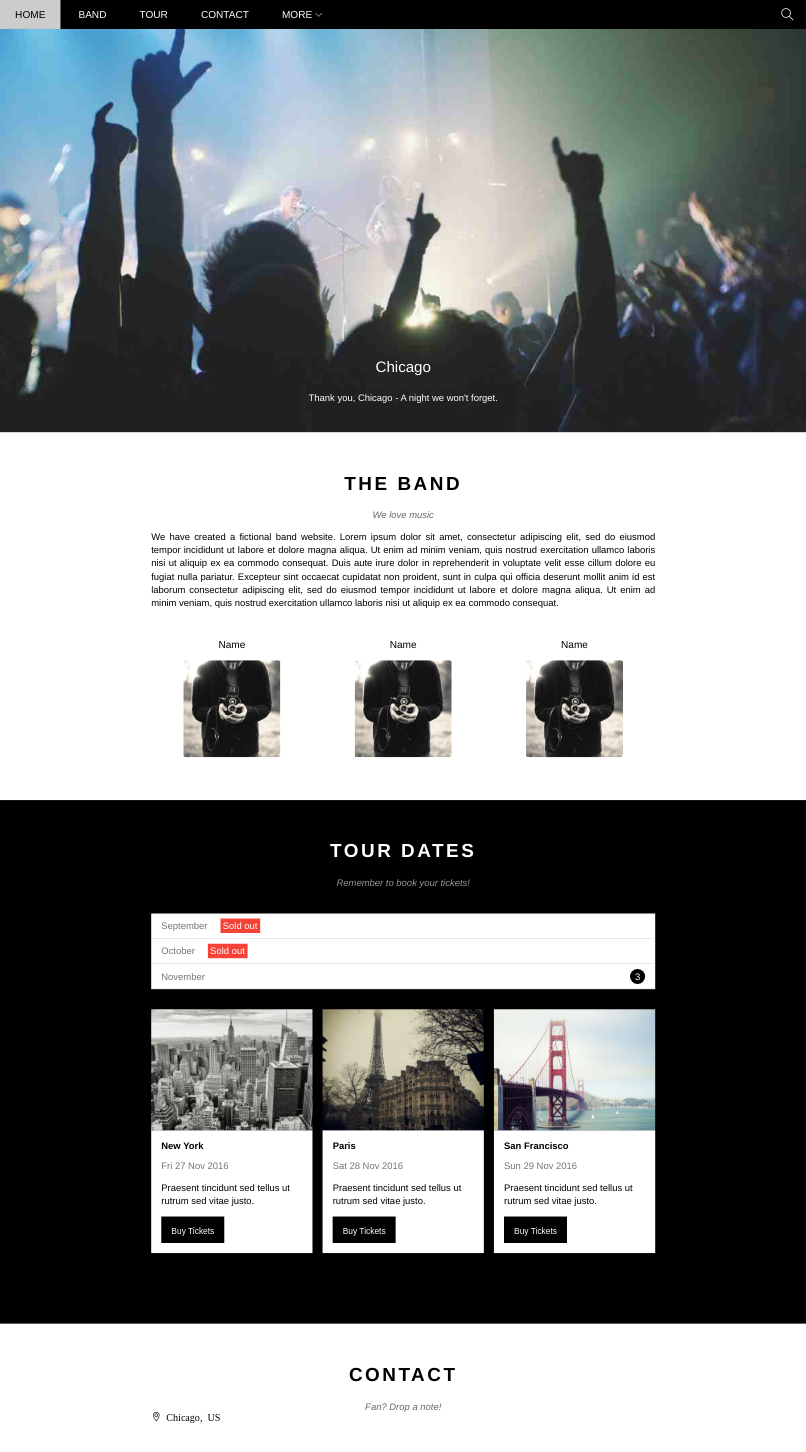
Repository: phongngotrong/w3school_reup
Page: index.html
These files come from the project's save history. The page is drawn as it stood at one moment and after the next save; the edit follows.
The browser window is 1280 px wide. The pictures show the whole page, at 63% of full size.

Above is the page before, as saved 2021-12-22 22:09:01.

### index.html
<!DOCTYPE html>
<html lang="en">
  <head>
    <meta charset="UTF-8" />
    <meta http-equiv="X-UA-Compatible" content="IE=edge" />
    <meta name="viewport" content="width=device-width, initial-scale=1.0" />
    <title>W3.CSS Template</title>
    <link rel="stylesheet" href="./assets/css/style.css" />
    <link rel="stylesheet" href="./assets/fonts/themify-icons/themify-icons.css">
  </head>
  <body>
    <div id="main">
      <div id="header">
        <!--Begin: Nav-->
        <ul id="nav">
          <li><a href="">Home</a></li>
          <li><a href="">Band</a></li>
          <li><a href="">Tour</a></li>
          <li><a href="">Contact</a></li>
          <li>
            <a href="">
              More
              <i class="nav-arrow-down ti-angle-down"></i>
            </a>
            <ul class="subnav">
              <ul>
                <li><a href="">Merchandise</a></li>
                <li><a href="">Extras</a></li>
                <li><a href="">Media</a></li>
              </ul>
            </ul>
          </li>
        </ul>
        <!--End: Nav-->

        <!--Begin: Search-->
        <div class="search-btn">
          <i class="search-icon ti-search"></i>
        </div>
        <!--End: Search-->
      </div>

      <div id="slider">
        <div class="text-content">
          <h2 class="text-heading">Chicago</h2>
          <div class="text-description">
            Thank you, Chicago - A night we won't forget.
          </div>
        </div>
      </div>

      <div id="content">
        <!--content section-->
        <div class="content-section">
          <h2 class="section-heading">THE BAND</h2>
          <p class="section-sub-heading">We love music</p>
          <p class="about-text">
            We have created a fictional band website. Lorem ipsum dolor sit
            amet, consectetur adipiscing elit, sed do eiusmod tempor incididunt
            ut labore et dolore magna aliqua. Ut enim ad minim veniam, quis
            nostrud exercitation ullamco laboris nisi ut aliquip ex ea commodo
            consequat. Duis aute irure dolor in reprehenderit in voluptate velit
            esse cillum dolore eu fugiat nulla pariatur. Excepteur sint occaecat
            cupidatat non proident, sunt in culpa qui officia deserunt mollit
            anim id est laborum consectetur adipiscing elit, sed do eiusmod
            tempor incididunt ut labore et dolore magna aliqua. Ut enim ad minim
            veniam, quis nostrud exercitation ullamco laboris nisi ut aliquip ex
            ea commodo consequat.
          </p>
          <div class="row list-member">
            <!--member1-->
            <div class="col col-third text-center">
              <p class="member-name">Name</p>
              <img
                src="./assets/img/member.jpg"
                alt="Name"
                class="avt-member"
              />
            </div>

            <!--member2-->
            <div class="col col-third text-center">
              <div class="member-name">Name</div>
              <img
                src="./assets/img/member.jpg"
                alt="Name"
                class="avt-member"
              />
            </div>
            <!--member3-->

            <div class="col col-third text-center">
              <div class="member-name">Name</div>
              <img
                src="./assets/img/member.jpg"
                alt="Name"
                class="avt-member"
              />
            </div>
            <div class="clear"></div>
          </div>
        </div>
        <!--tour section-->
        <div class="tour-section">
          <div class="content-section">
            <h2 class="section-heading text-white">TOUR DATES</h2>
            <p class="section-sub-heading text-white">
              Remember to book your tickets!
            </p>
            <!-- tickets -->
            <ul class="tickets-list">
              <li>September <span class="sold-out">Sold out</span></li>
              <li>October <span class="sold-out">Sold out</span></li>
              <li>November <span class="quantity">3</span></li>
            </ul>
            <div class="row places-list">
              <!-- place1 -->
              <div class="col col-third">
                <img
                  src="./assets/img/newyork.jpg"
                  alt="New York"
                  class="place-img"
                />
                <div class="places-body">
                  <h3 class="places-heading">New York</h3>
                  <p class="places-time">Fri 27 Nov 2016</p>
                  <p class="place-description">
                    Praesent tincidunt sed tellus ut rutrum sed vitae justo.
                  </p>
                  <button class="place-buy-btn js-buy-ticket">Buy Tickets</button>
                </div>
              </div>
              <!-- place2 -->

              <div class="col col-third">
                <img
                  src="./assets/img/paris.jpg"
                  alt="New York"
                  class="place-img"
                />
                <div class="places-body">
                  <h3 class="places-heading">Paris</h3>
                  <p class="places-time">Sat 28 Nov 2016</p>
                  <p class="place-description">
                    Praesent tincidunt sed tellus ut rutrum sed vitae justo.
                  </p>
                  <button class="place-buy-btn js-buy-ticket">Buy Tickets</button>
                </div>
              </div>
              <!-- place3 -->

              <div class="col col-third">
                <img
                  src="./assets/img/sanfran.jpg"
                  alt="New York"
                  class="place-img"
                />
                <div class="places-body">
                  <h3 class="places-heading">San Francisco</h3>
                  <p class="places-time">Sun 29 Nov 2016</p>
                  <p class="place-description">
                    Praesent tincidunt sed tellus ut rutrum sed vitae justo.
                  </p>
                  <button class="place-buy-btn js-buy-ticket">Buy Tickets</button>
                </div>
              </div>
              <div class="clear"></div>
            </div>
          </div>
        </div>

        <!--contact section-->
        <div class="content-section">
          <h2 class="section-heading">CONTACT</h2>
          <p class="section-sub-heading">Fan? Drop a note!</p>

          <div class="row">
            <div class="col col-half">
              <p><i class="ti-location-pin"> Chicago, US
              </i></p>
            </div>
            <div class="col col-half">

            </div>
          </div>
        </div>
      </div>

      <div id="footer"></div>
    </div>

    <div class="modal js-modal">
      <div class="modal-container js-modal-container">
        <div class="modal-close js-modal-close">
          <i class="ti-close"></i>
        </div>
        <header class="modal-header">
          <i class="icon-ti-bag-header ti-bag"></i>
          Tickets
        </header>

        <div class="modal-body">
          <label for="tickets-quantity" class="modal-label">
            <i class="ti-shopping-cart"></i>
            Tickets, $15 per person
          </label>
          <input
            id="tickets-quantity"
            type="text"
            class="modal-input"
            placeholder="How many?"
          />

          <label for="tickets-email" class="modal-label">
            <i class="ti-user"></i>
            Send To
          </label>
          <input
            id="tickets-email"
            type="email"
            class="modal-input"
            placeholder="Enter email "
          />

          <button id="buy-tickets">
            PAY<i class="icon-ti-check-footer ti-check"></i>
          </button>
        </div>

        <footer class="modal-footer">
          <p class="modal-help">Need <a href="">help?</a></p>
        </footer>
      </div>
    </div>

    <script>
      const buyBtns = document.querySelectorAll('.js-buy-ticket')
      const modal = document.querySelector('.js-modal')
      const modalContainer = document.querySelector('.js-modal-container')
      const modalClose = document.querySelector('.js-modal-close')

      // hàm hiển thị modal mua vé(thêm class open vào modal)
      function showBuyTickets() {
        modal.classList.add('open')
      }

      // hàm ẩn modal mua vé(gỡ bỏ class open của modal)
      function hideBuyTickets() {
        modal.classList.remove('open')
      }

      // lặp qua từng thẻ button và nghe hành vi click
      for(const buyBtn of buyBtns) {
        buyBtn.addEventListener('click', showBuyTickets)
      }

      // nghe hành vi click vào button close
      modalClose.addEventListener('click', hideBuyTickets)

      modal.addEventListener('click', hideBuyTickets)

      modalContainer.addEventListener('click', function(event){
        event.stopPropagation()
      })

    </script>
  </body>
</html>

### assets/css/style.css
/* Reset CSS */

* {
  padding: 0;
  margin: 0;
  box-sizing: border-box;
}

html {
  font-family: Helvetica, Arial, sans-serif;
}
/*
  -Từ trên xuống dưới
  -Từ ngoài vào trong
  -Tổng quan đến chi tiết
  */

/*
  1. Vi tri
  2. Kich thuoc
  3. Mau sac
  4. Kieu dang (kieu chu, hinh tron, vuong...)
  */

/* Common */
.text-center {
  text-align: center !important;
}

.row {
  margin-left: -8px;
  margin-right: -8px;
}

.col {
  float: left;
  padding-left: 8px;
  padding-right: 8px;
}

.col-half {
  width: 50%;
}

.col-third {
  width: 33.33333%;
}

.clear {
  clear: both;
}

/* .row::after {
    clear: both;
    display: block;
    content: "";
  } */

.text-white {
  color: #fff !important;
}

/* Main */
#main {
}

#header {
  position: fixed;
  top: 0;
  left: 0;
  right: 0;
  height: 46px;
  background-color: #000;
  z-index: 1;
}

#nav {
  display: inline-block;
}

li {
  list-style-type: none;
}

#nav > li {
  display: inline-block;
}

#nav li {
  position: relative;
}

#nav > li > a {
  color: #fff;
  text-transform: uppercase;
}

#nav li a {
  text-decoration: none;
  line-height: 46px;
  padding: 0 24px;
  display: block;
}

#nav li:hover .subnav {
  display: block;
}

#nav > li:hover > a,
#nav .subnav li:hover a {
  color: #000;
  background-color: #ccc;
}

#nav .subnav {
  display: none;
  min-width: 160px;
  position: absolute;
  background-color: #fff;
  box-shadow: 0 0 10px rgba(0, 0, 0, 0.3);
}

#nav .subnav a {
  color: #000;
  padding: 0 12px;
  line-height: 38px;
}

#nav .nav-arrow-down {
  font-size: 12px;
}

#header .search-btn {
  float: right;
  padding: 0 20px;
  cursor: pointer;
}

#header .search-btn:hover {
  background-color: #f44336;
}

#header .search-icon {
  color: #fff;
  font-size: 20px;
  line-height: 46px;
}

#slider {
  position: relative;
  margin-top: 46px;
  padding-top: 50%;
  background: url("/assets/img/slider.jpg") top center / cover no-repeat;
}

#slider .text-content {
  position: absolute;
  bottom: 47px;
  color: #fff;
  width: 100%;
  text-align: center;
}

#slider .text-heading {
  font-weight: 500;
  font-size: 24px;
}

#slider .text-description {
  font-size: 15px;
  margin-top: 25px;
}

#content {
}

#content .content-section {
  width: 800px;
  padding: 64px 0;
  margin-right: auto;
  margin-left: auto;
}

#content .section-heading {
  text-align: center;
  font-size: 30px;
  letter-spacing: 4px;
}

#content .section-sub-heading {
  font-size: 15px;
  text-align: center;
  margin-top: 25px;
  font-style: italic;
  opacity: 0.6;
}

#content .about-text {
  font-size: 15px;
  margin-top: 15px;
  text-align: justify;
  line-height: 1.4;
}

#content .member-name {
  font-size: 16px;
}

#content .list-member {
  margin-top: 48px;
  /* margin-bottom: 48px;
    overflow: hidden;  */
}

/* #content .item-member {
    float: left;
    width: 33.33333%;
    text-align: center;
  } */

#content .avt-member {
  margin-top: 15px;
  width: 154px;
  border-radius: 4px;
}

/* tour section */
.tour-section {
  background-color: #000;
}
.tickets-list {
  background-color: #fff;
  margin-top: 40px;
  list-style: none;
}

.tickets-list li {
  color: #757575;
  font-size: 15px;
  padding: 11px 16px;
  border-bottom: 1px solid #ddd;
}

.tickets-list .sold-out {
  background-color: #f44336;
  color: #fff;
  padding: 3px 4px;
  margin-left: 16px;
}

.tickets-list .quantity {
  float: right;
  width: 24px;
  height: 24px;
  background-color: #000;
  color: #fff;
  border-radius: 50%;
  line-height: 24px;
  text-align: center;
  margin-top: -3px;
}

/* Places */
.places-list {
  margin-top: 32px;
  margin-bottom: 48px;
}

/* .places-item {
    float: left;
    width: 33.33333%;
    padding: 0 8px;
  } */

.place-img {
  width: 100%;
  display: block;
}

.place-img:hover {
  opacity: 0.6;
}

.places-body {
  padding: 16px;
  font-size: 15px;
  background-color: #fff;
}

.places-heading {
  font-size: 15px;
}

.places-time {
  padding-top: 15px;
  color: #757575;
}

.place-description {
  padding-top: 15px;
  line-height: 1.4;
}

.place-buy-btn {
  background-color: #000;
  color: #fff;
  text-decoration: none;
  display: inline-block;
  padding: 11px 16px;
  margin-top: 15px;
  padding-top: 16px;
  cursor: pointer;
  border: none;
}

.place-buy-btn:hover {
  background-color: #ccc;
  color: #000;
}

.modal {
  position: fixed;
  top: 0;
  bottom: 0;
  right: 0;
  left: 0;
  background-color: rgba(0, 0, 0, 0.4);
  display: none;
  align-items: center;
  justify-content: center;
}

.modal.open {
  display: flex;
}

.modal-container {
  background-color: #fff;
  width: 900px;
  min-height: 200px;
  position: relative;
  max-width: calc(100% -32px);
  animation: modalFadeIn ease 0.4s;
}

.modal-header {
  background-color: #009688;
  color: #fff;
  height: 130px;
  font-size: 30px;
  display: flex;
  align-items: center;
  justify-content: center;
  letter-spacing: 4px;
}

.modal-close:hover {
  background-color: #ccc;
  color: #000;
}

.modal-close {
  position: absolute;
  right: 0;
  top: 0;
  padding: 16px;
  font-size: 12px;
  color: #fff;
  cursor: pointer;
}

.icon-ti-bag-header {
  margin-right: 16px;
}

.modal-body {
  padding: 16px;
}

.modal-label {
  display: block;
  font-size: 15px;
  margin-bottom: 12px;
}

.modal-input {
  border: 1px solid #ccc;
  width: 100%;
  padding: 10px;
  font-size: 15px;
  margin-bottom: 24px;
}

#buy-tickets:hover {
  background-color: #ccc;
  color: #000;
}

#buy-tickets {
  background-color: #009688;
  width: 100%;
  padding: 18px;
  color: #fff;
  border: none;
  text-transform: uppercase;
  font-size: 15px;
  cursor: pointer;
}

.modal-footer {
  padding: 16px;
  text-align: right;
}

.modal-footer a {
  color: #2196f3;
}
/* footer section */

#footer {
}

/* Tạo hoạt ảnh  */
@keyframes modalFadeIn {
  from {
    opacity: 0;
    transform: translateY(-140px);
  }
  to {
    opacity: 1;
    transform: translateY(0);
  }
}

Loaded but not shown: assets/fonts/themify-icons/themify-icons.css (common file)

After the next save:
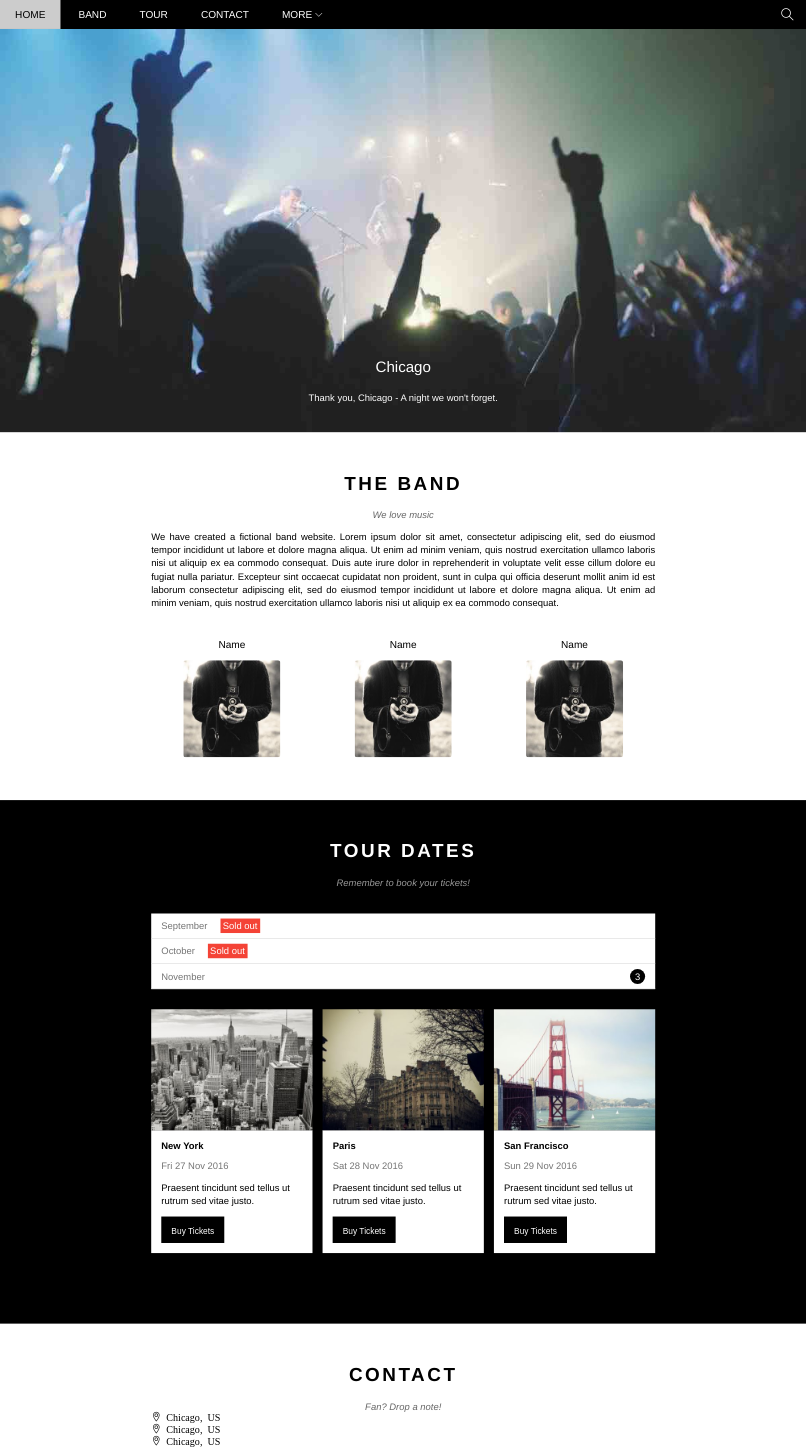
Saved 16 s later.
--- a/index.html
+++ b/index.html
@@ -178,6 +178,10 @@
             <div class="col col-half">
               <p><i class="ti-location-pin"> Chicago, US
               </i></p>
+              <p><i class="ti-location-pin"> Chicago, US
+              </i></p>
+              <p><i class="ti-location-pin"> Chicago, US
+              </i></p>
             </div>
             <div class="col col-half">
 
